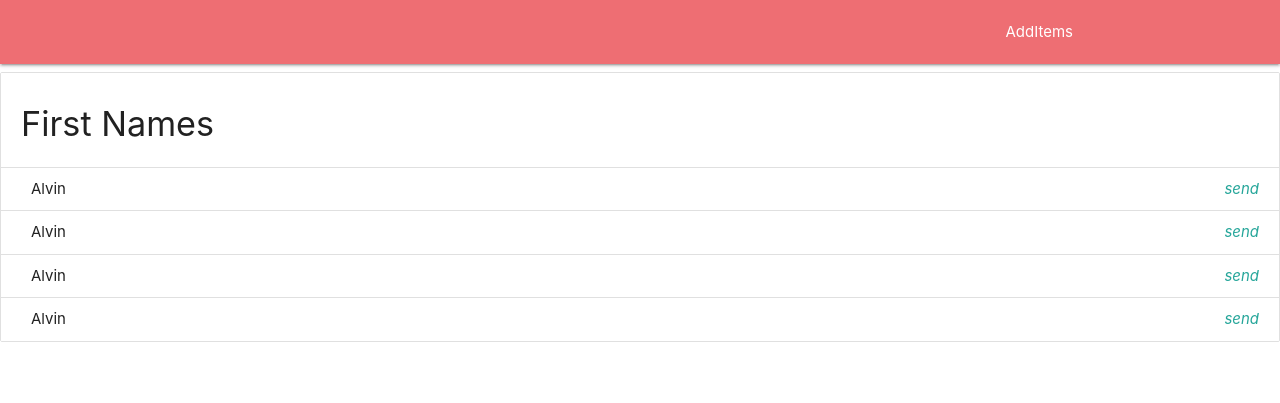
Repository: umarrg/crud-app-ejs-and-nodejs
Page: public/index.html
The author's editor kept a copy of each file at every save. The page is drawn from the files as they stood at one save, then again after a run of saves.
The browser window is 1280 px wide. The pictures show the whole page.

Above is the page before, as saved 2020-12-29 11:30:16.

### public/index.html
<!DOCTYPE html>
<html lang="en">
<head>
    <meta charset="UTF-8">
    <meta name="viewport" content="width=device-width, initial-scale=1.0">
    <link rel="stylesheet" href="https://cdnjs.cloudflare.com/ajax/libs/materialize/1.0.0/css/materialize.min.css">
    <link href="https://fonts.googleapis.com/icon?family=Material+Icons" rel="stylesheet">
    <title></title>
</head>
<body>
    <nav>
        <div class="nav-wrapper container">
          <!-- <a href="#" class="brand-logo">Logo</a> -->
          <ul id="nav-mobile" class="right hide-on-med-and-down">
            <li><a href="http://localhost:9000/additem"> AddItems</a></li>

          </ul>
        </div>
      </nav>

      <ul class="collection with-header">
        <li class="collection-header"><h4>First Names</h4></li>
        <li class="collection-item"><div>Alvin<a href="#!" class="secondary-content"><i class="material-icons">send</i></a></div></li>
        <li class="collection-item"><div>Alvin<a href="#!" class="secondary-content"><i class="material-icons">send</i></a></div></li>
        <li class="collection-item"><div>Alvin<a href="#!" class="secondary-content"><i class="material-icons">send</i></a></div></li>
        <li class="collection-item"><div>Alvin<a href="#!" class="secondary-content"><i class="material-icons">send</i></a></div></li>
      </ul>
</body>
</html>

After the next 3 saves:
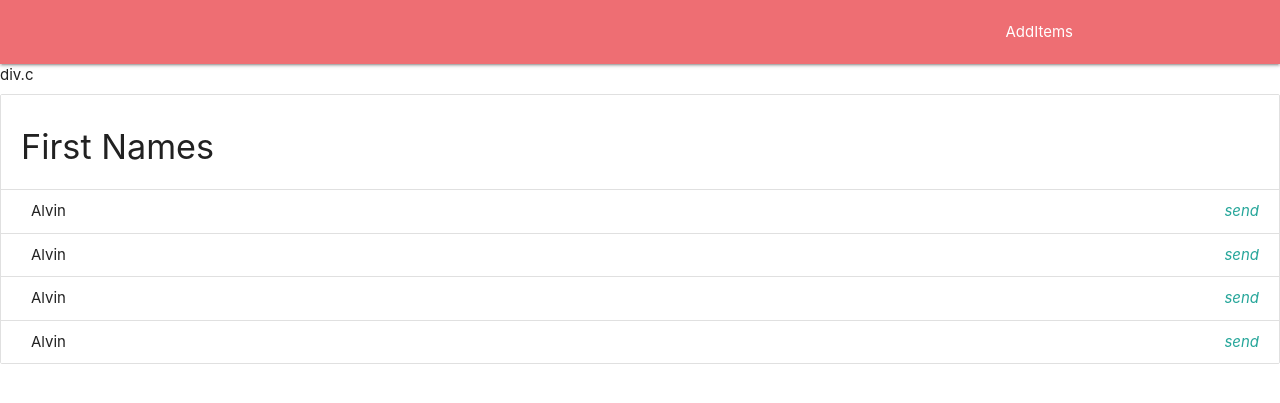
The 3 saves are shown as one change because they came seconds apart.
The last was saved 36 s later.
--- a/public/index.html
+++ b/public/index.html
@@ -17,7 +17,7 @@
           </ul>
         </div>
       </nav>
-
+      div.c
       <ul class="collection with-header">
         <li class="collection-header"><h4>First Names</h4></li>
         <li class="collection-item"><div>Alvin<a href="#!" class="secondary-content"><i class="material-icons">send</i></a></div></li>

After the save that followed:
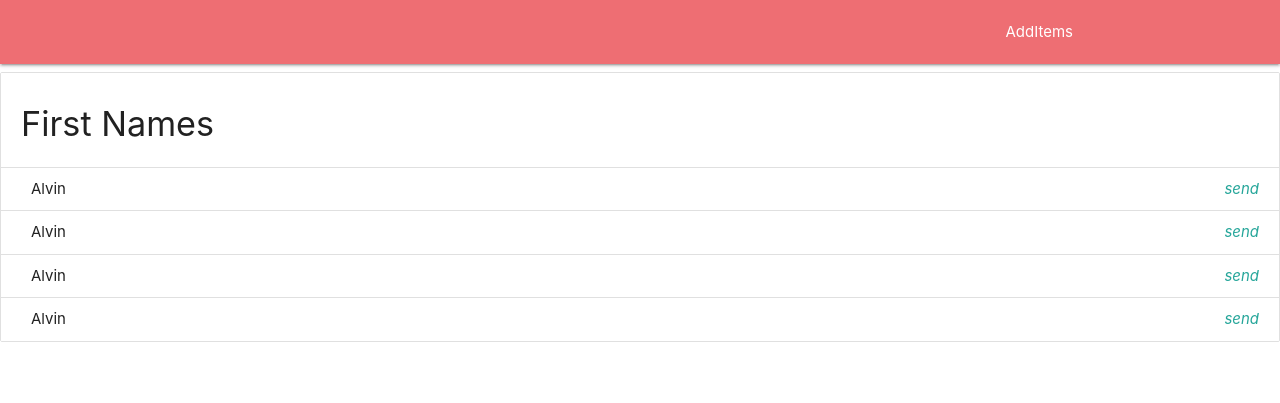
Saved 4 s later.
--- a/public/index.html
+++ b/public/index.html
@@ -17,7 +17,7 @@
           </ul>
         </div>
       </nav>
-      div.c
+      <div class="container"></div>
       <ul class="collection with-header">
         <li class="collection-header"><h4>First Names</h4></li>
         <li class="collection-item"><div>Alvin<a href="#!" class="secondary-content"><i class="material-icons">send</i></a></div></li>
